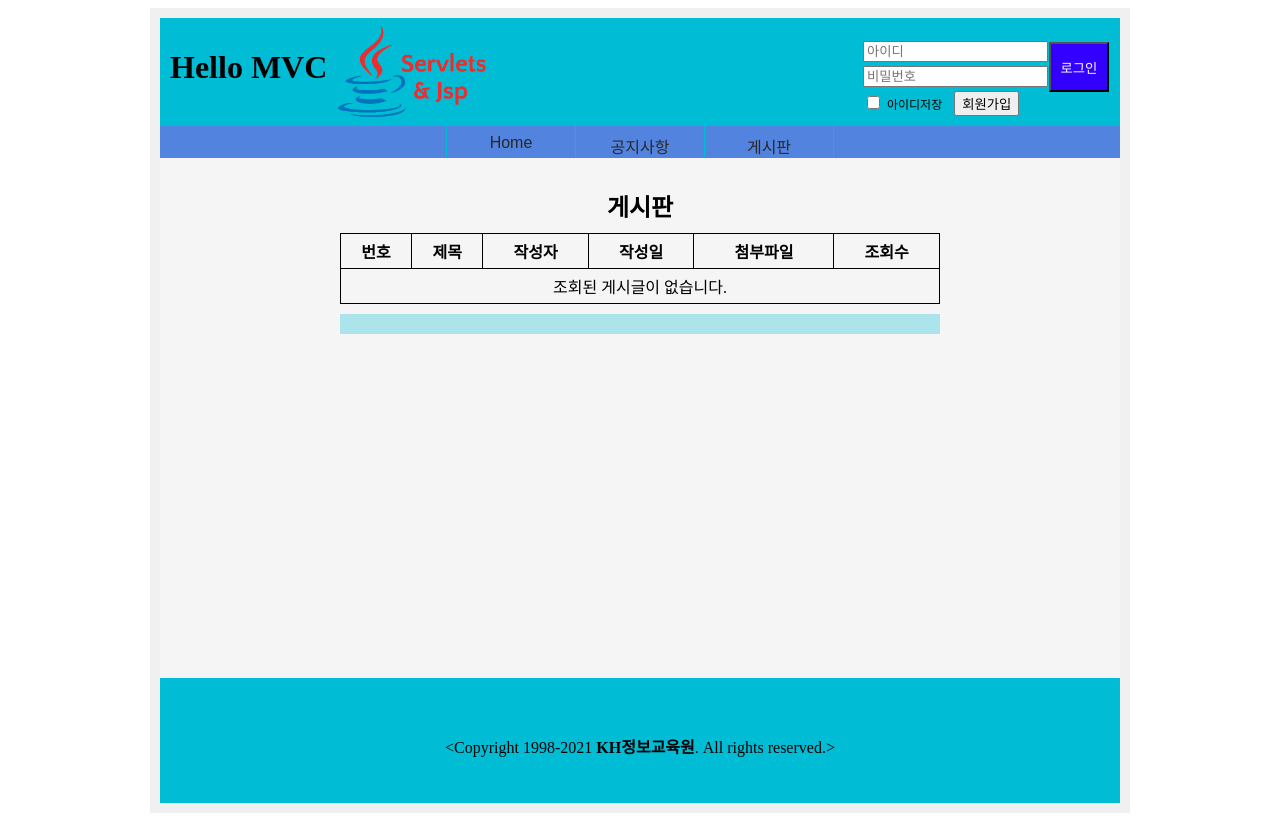
Repository: kianpas/KH_Server
Page: http://localhost/02_hellomvc/board/boardList
The author's editor kept a copy of each file at every save. The page is drawn from the files as they stood at one save, then again after the next save.
The browser window is 1280 px wide. The pictures show the whole page.
The page is served by Tomcat 9. Queries for data that is not in the repository find no rows.

Above is the page before, as saved 2021-03-26 10:10:31.

After the next save:
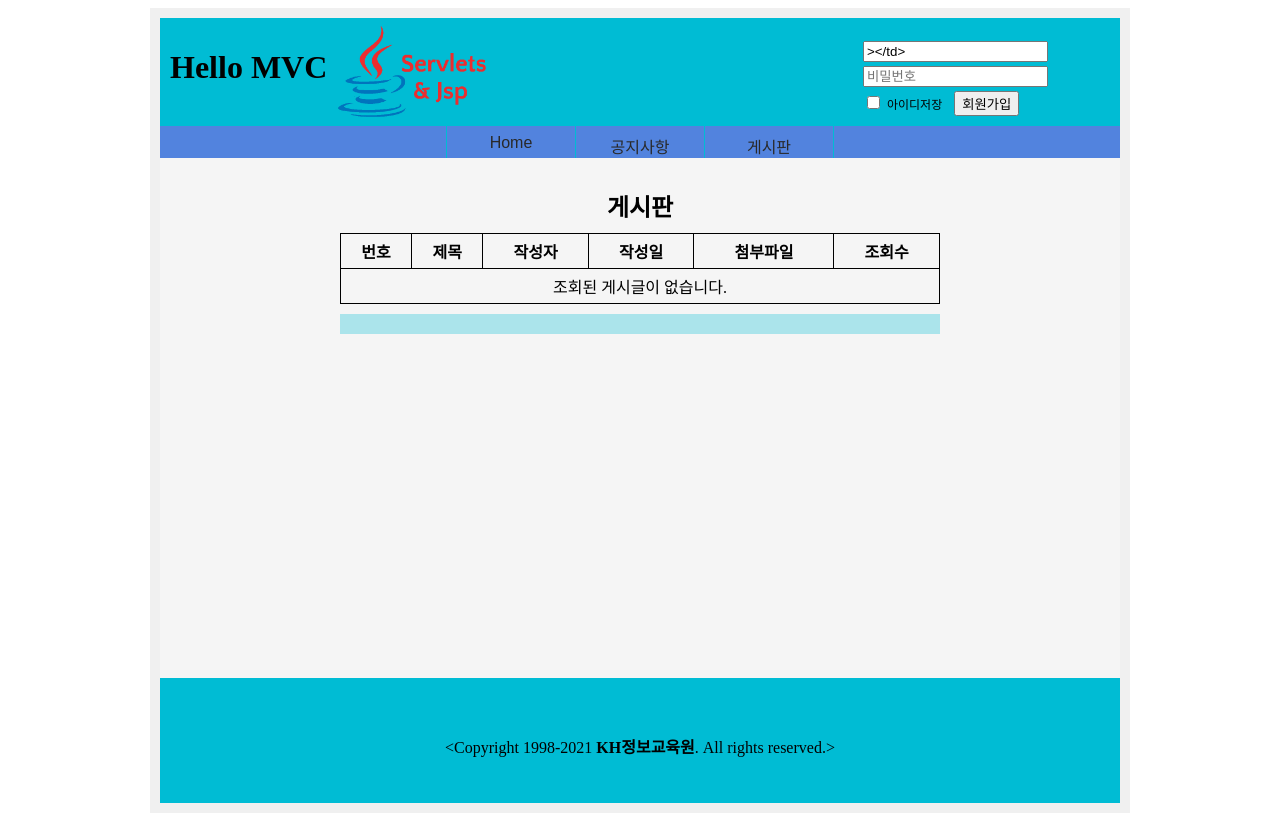
Saved 113 s later.
--- a/02_hellomvc/WebContent/WEB-INF/views/common/header.jsp
+++ b/02_hellomvc/WebContent/WEB-INF/views/common/header.jsp
@@ -76,7 +76,7 @@ $(function(){
 		<form id="loginFrm" action="<%=request.getContextPath() %>/member/login" method="post">
 			<table>
 				<tr>
-					<td><input type="text" name="memberId" id="memberId" placeholder="아이디" tabindex="1"></td>
+					<td><input type="text" name="memberId" id="memberId" placeholder="아이디" tabindex="1" value="<%= saveId != null? saveId : ""%>></td>
 					<td><input type="submit" value="로그인" tabindex="3"></td>
 				</tr>
 				<tr>
